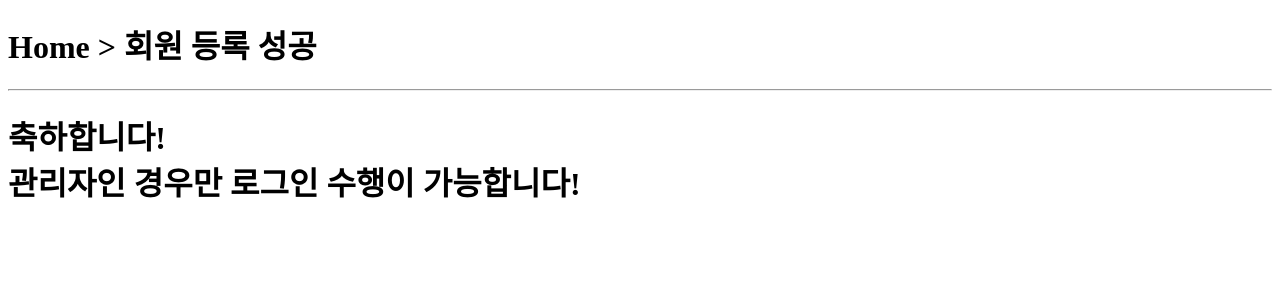
Repository: jodawoon/JSP
Page: http://localhost/jsp/signupSuccess.jsp
An editor plug-in stored every save of this project. The page is shown before and after the next save, followed by the edit.
The browser window is 1280 px wide. The pictures show the whole page.
The page is served by Tomcat 9.

Above is the page before, as saved 2022-12-05 01:03:19.

After the next save:
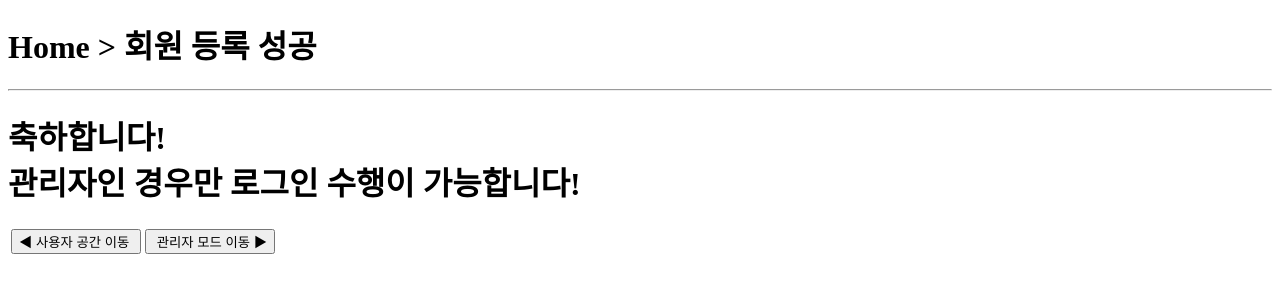
Saved 29 s later.
--- a/jsp/WebContent/signupSuccess.jsp
+++ b/jsp/WebContent/signupSuccess.jsp
@@ -15,6 +15,20 @@
 	관리자인 경우만 로그인 수행이 가능합니다!
 	</h1>
 
+	<table border="0">
+        <tr>
+            <td>
+                <form action="membership.jsp" method="post" >
+                    <input type="submit" value="◀ 사용자 공간 이동 " >
+                </form>
+            </td>
+            <td>
+                <form action="login.jsp" method="post" >
+                    <input type="submit" value=" 관리자 모드 이동 ▶" >
+                </form>
+            </td>
+        </tr>
+    </table>
 
 </body>
 </html>
